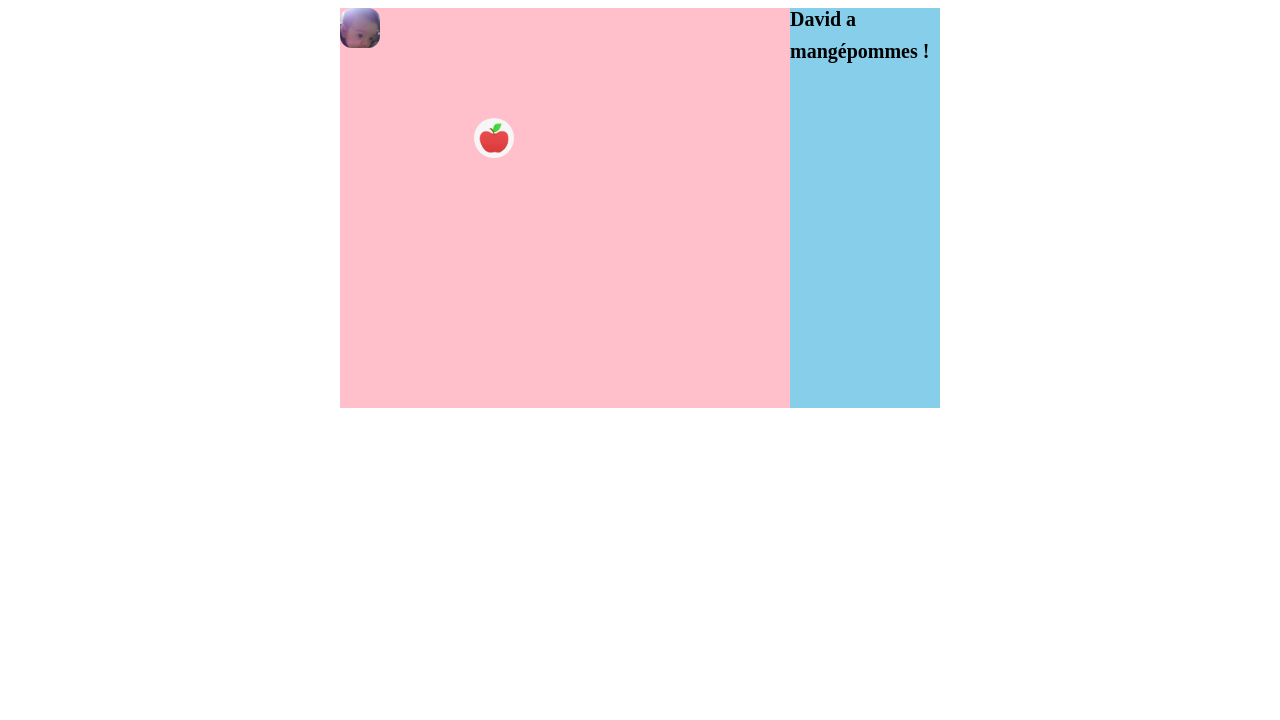
Repository: clairedupuich/kong_jian
Page: snake_game/snake.html
These files come from the project's save history. The page is drawn as it stood at one moment and after the next save; the edit follows.
The browser window is 1280 px wide. The pictures show the whole page.

Above is the page before, as saved 2020-12-18 15:02:53.

After the next save:
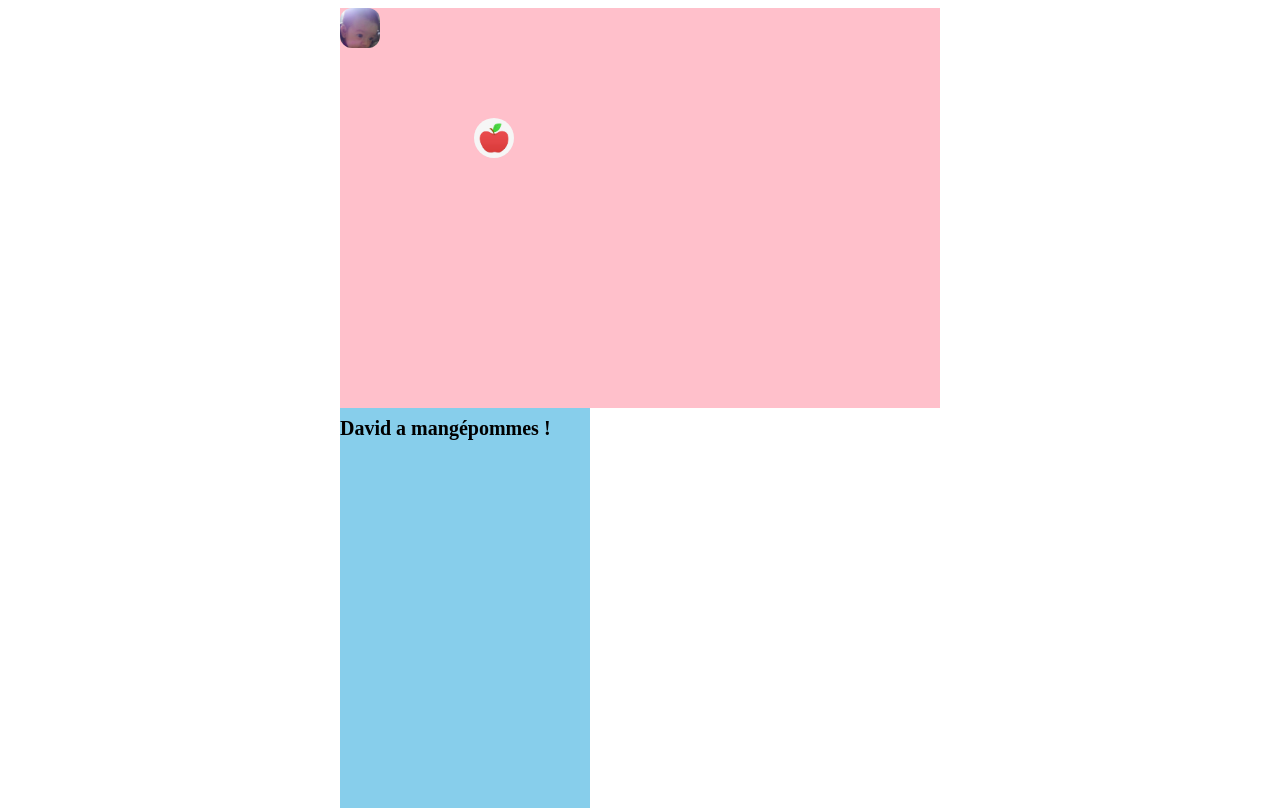
Saved 91 s later.
--- a/snake_game/snake.css
+++ b/snake_game/snake.css
@@ -14,7 +14,7 @@
 }
 .menu{
     height: 400px;
-    width: 150px;
+    width: 250px;
     float: left;
     background-color: skyblue;
 }

After the save that followed:
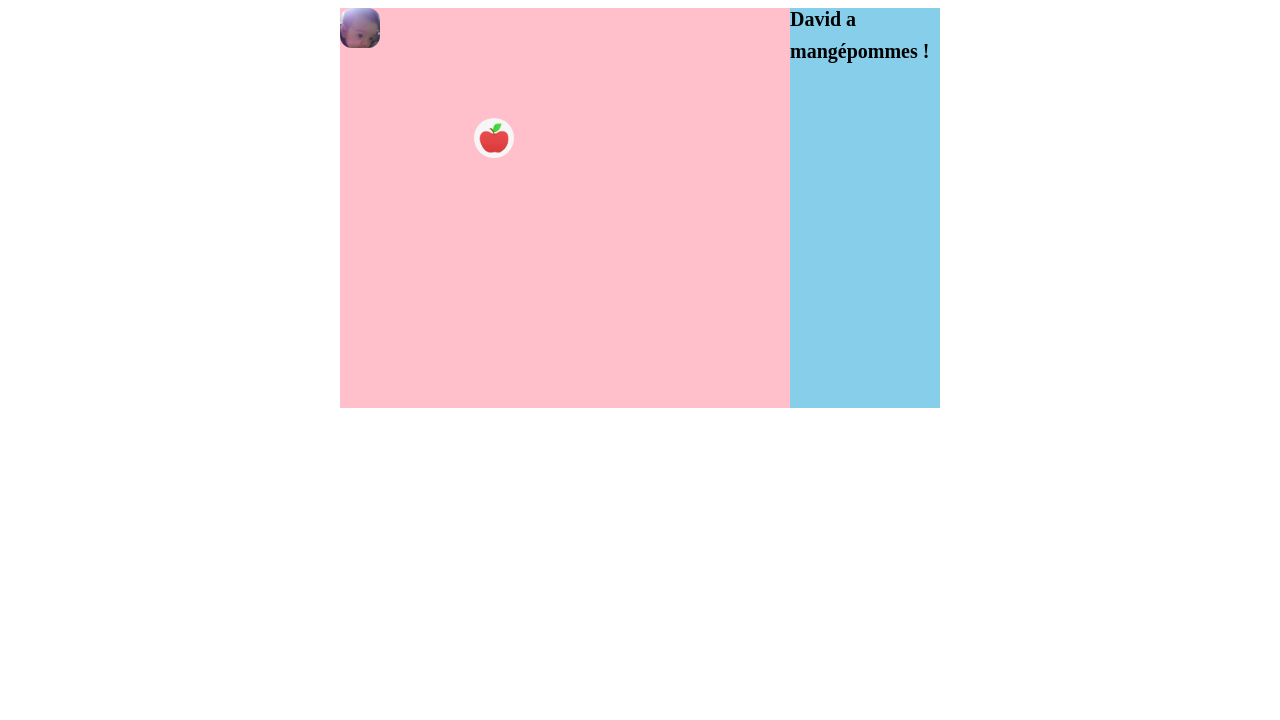
Saved 25 s later.
--- a/snake_game/snake.css
+++ b/snake_game/snake.css
@@ -14,7 +14,7 @@
 }
 .menu{
     height: 400px;
-    width: 250px;
+    width: 150px;
     float: left;
     background-color: skyblue;
 }
